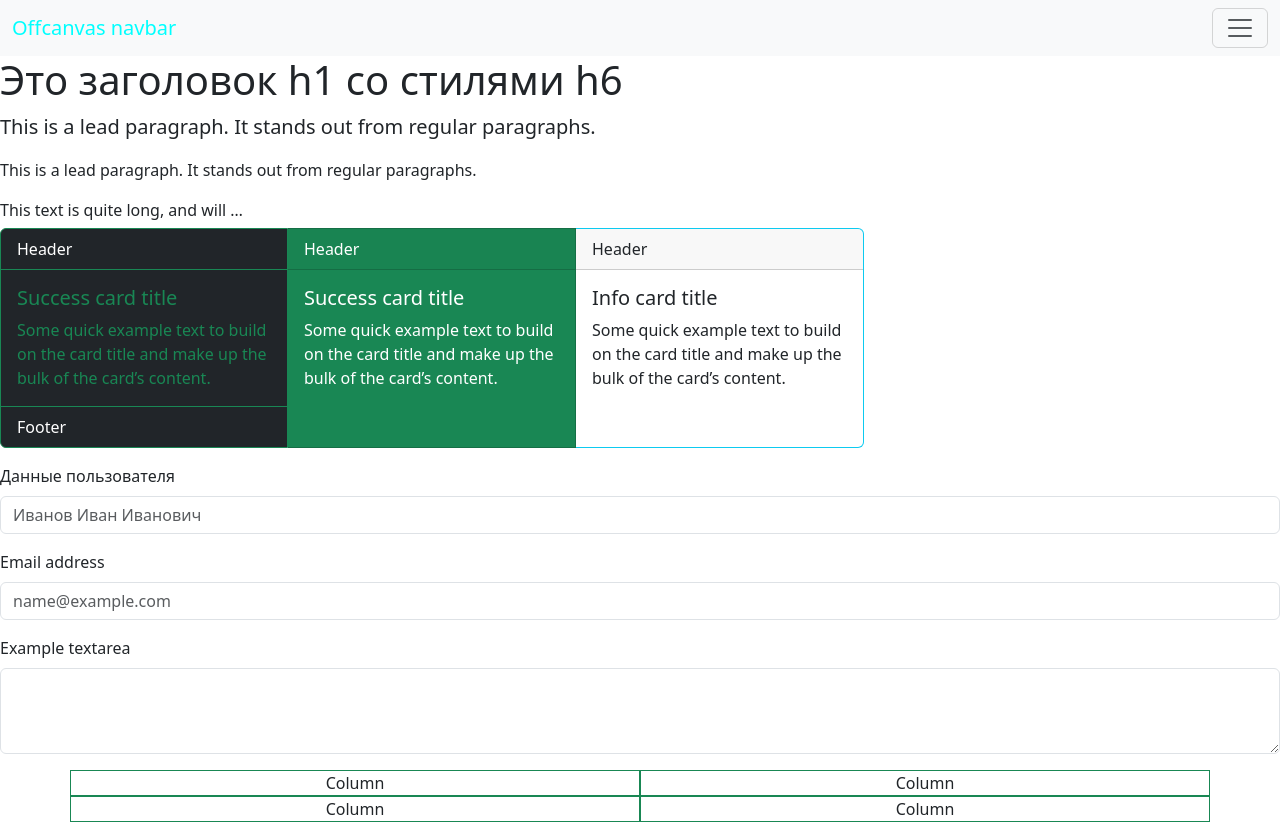
Repository: archangel88/elbrus_homework
Page: phase-0/week-3/day-5/css-bootstrap/index.html
The author's editor kept a copy of each file at every save. The page is drawn from the files as they stood at one save, then again after the next save.
The browser window is 1280 px wide. The pictures show the whole page.

Above is the page before, as saved 2025-10-10 23:40:06.

After the next save:
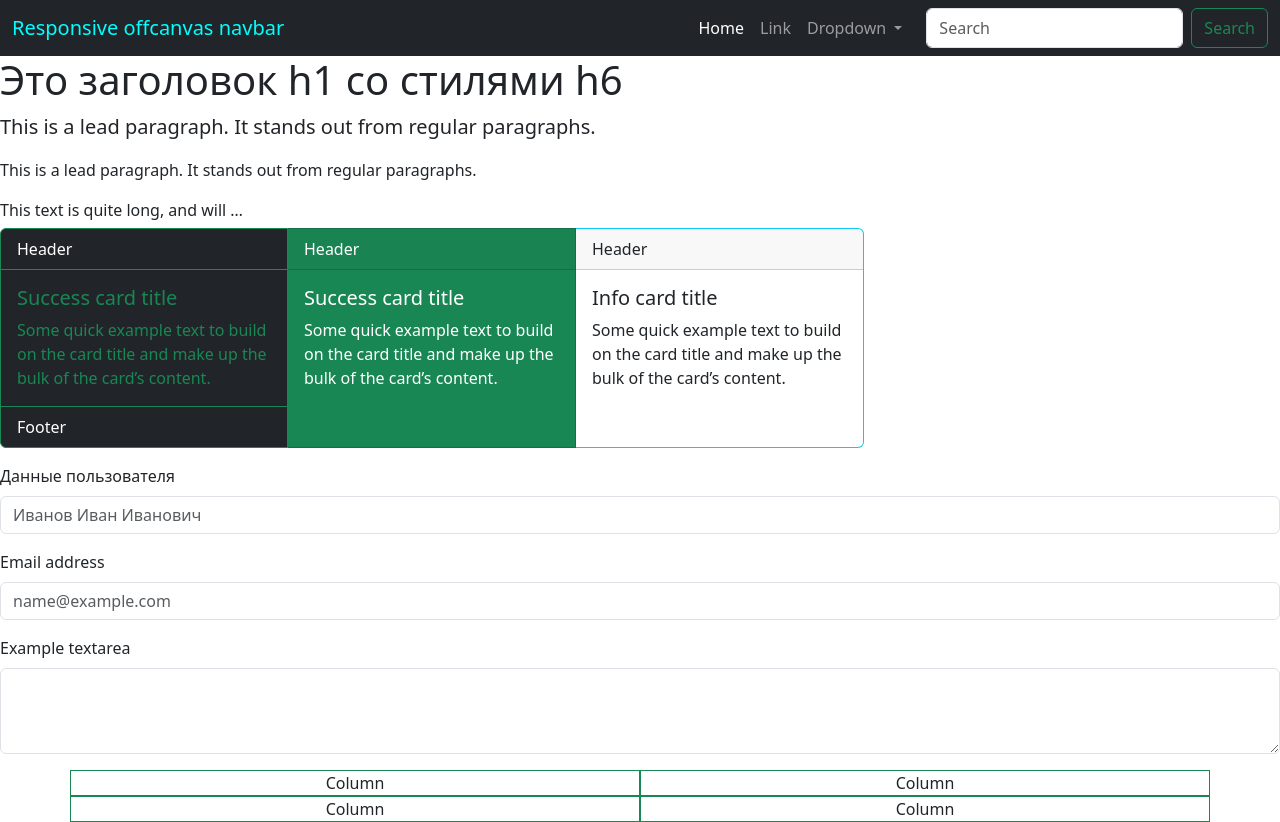
Saved 4 min 46 s later.
--- a/phase-0/week-3/day-5/css-bootstrap/index.html
+++ b/phase-0/week-3/day-5/css-bootstrap/index.html
@@ -177,80 +177,6 @@
         <div class="col border-success border">Column</div>
       </div>
     </div>
-
-    <nav class="navbar bg-body-tertiary fixed-top">
-      <div class="container-fluid">
-        <a class="navbar-brand" href="#">Offcanvas navbar</a>
-        <button
-          class="navbar-toggler"
-          type="button"
-          data-bs-toggle="offcanvas"
-          data-bs-target="#offcanvasNavbar"
-          aria-controls="offcanvasNavbar"
-          aria-label="Toggle navigation"
-        >
-          <span class="navbar-toggler-icon"></span>
-        </button>
-        <div
-          class="offcanvas offcanvas-end"
-          tabindex="-1"
-          id="offcanvasNavbar"
-          aria-labelledby="offcanvasNavbarLabel"
-        >
-          <div class="offcanvas-header">
-            <h5 class="offcanvas-title" id="offcanvasNavbarLabel">Offcanvas</h5>
-            <button
-              type="button"
-              class="btn-close"
-              data-bs-dismiss="offcanvas"
-              aria-label="Close"
-            ></button>
-          </div>
-          <div class="offcanvas-body">
-            <ul class="navbar-nav justify-content-end flex-grow-1 pe-3">
-              <li class="nav-item">
-                <a class="nav-link active" aria-current="page" href="#">Home</a>
-              </li>
-              <li class="nav-item">
-                <a class="nav-link" href="#">Link</a>
-              </li>
-              <li class="nav-item dropdown">
-                <a
-                  class="nav-link dropdown-toggle"
-                  href="#"
-                  role="button"
-                  data-bs-toggle="dropdown"
-                  aria-expanded="false"
-                >
-                  Dropdown
-                </a>
-                <ul class="dropdown-menu">
-                  <li><a class="dropdown-item" href="#">Action</a></li>
-                  <li><a class="dropdown-item" href="#">Another action</a></li>
-                  <li>
-                    <hr class="dropdown-divider" />
-                  </li>
-                  <li>
-                    <a class="dropdown-item" href="#">Something else here</a>
-                  </li>
-                </ul>
-              </li>
-            </ul>
-            <form class="d-flex mt-3" role="search">
-              <input
-                class="form-control me-2"
-                type="search"
-                placeholder="Search"
-                aria-label="Search"
-              />
-              <button class="btn btn-outline-success" type="submit">
-                Search
-              </button>
-            </form>
-          </div>
-        </div>
-      </div>
-    </nav>
   </body>
   <script src="https://cdn.jsdelivr.net/npm/bootstrap@5.3.8/dist/js/bootstrap.bundle.min.js"></script>
 </html>
